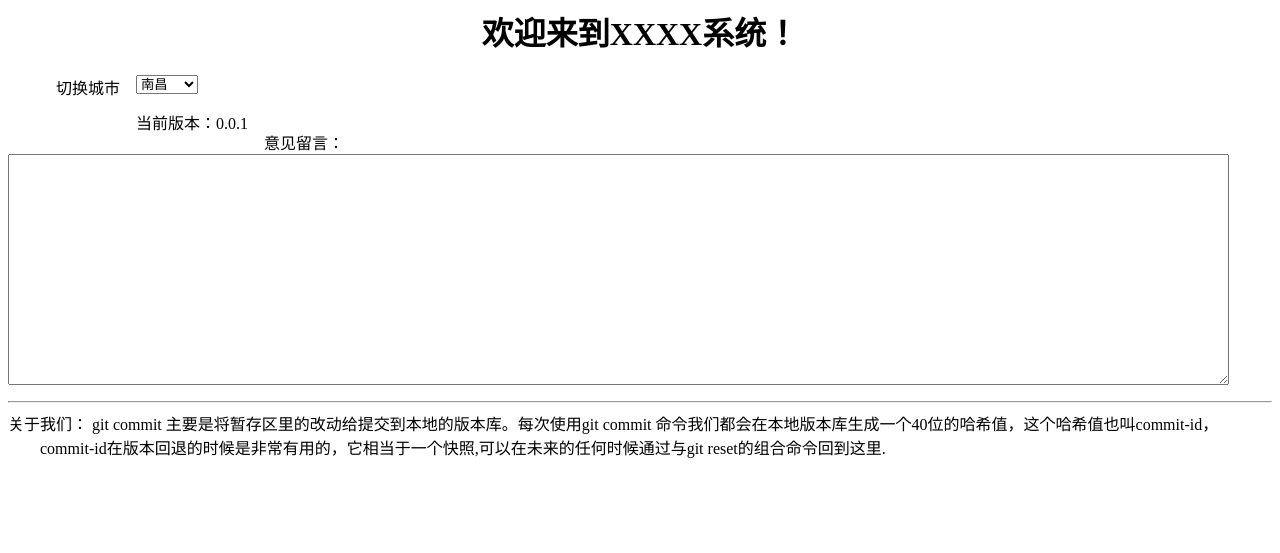
Repository: never-404/Intelligent-recommendation-system
Page: http://localhost/Intelligent-recommendation-system/mine.jsp
An editor plug-in stored every save of this project. The page is shown before and after the next save, followed by the edit.
The browser window is 1280 px wide. The pictures show the whole page.
The page is served by Tomcat 9. Nobody is signed in. The application's start-up code is not run.

Above is the page before, as saved 2019-04-12 10:05:21.

After the next save:
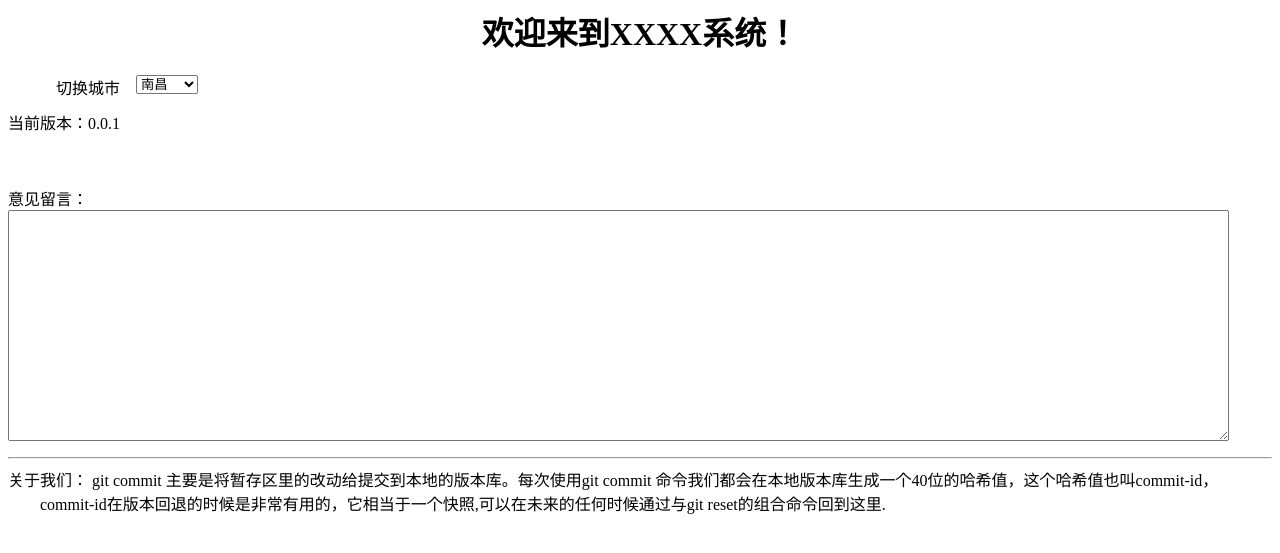
Saved 9 s later.
--- a/Intelligent-recommendation-system/WebRoot/mine.jsp
+++ b/Intelligent-recommendation-system/WebRoot/mine.jsp
@@ -41,7 +41,7 @@
     		<option>黑龙江</option>
     	</select>
         <br>
-        <lable><p>当前版本：0.0.1</p></lable>
+        <p>当前版本：0.0.1</p>
         <br>
     <br>
 
